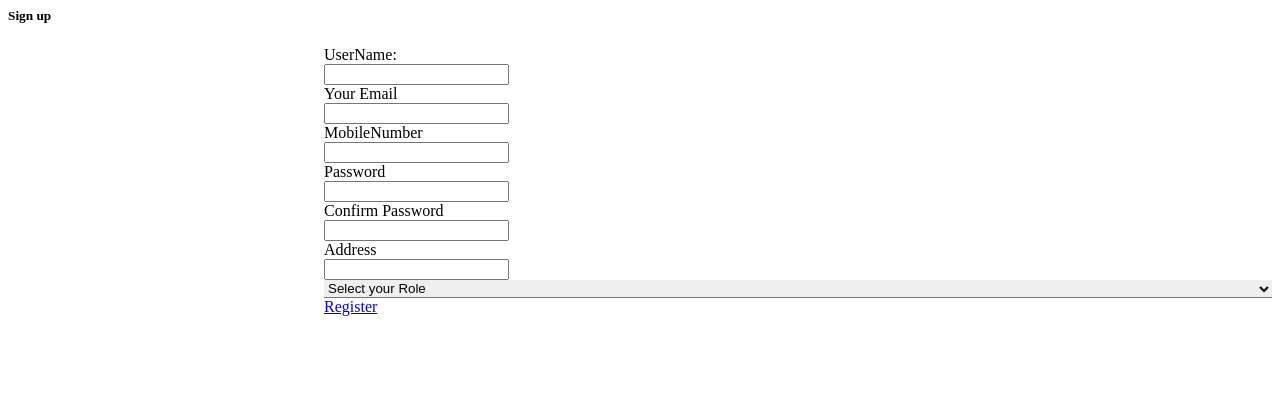
Repository: SUPRIGA/SecondProject
Page: CollaborationFrontEnd/src/main/webapp/user/register.html
The author's editor kept a copy of each file at every save. The page is drawn from the files as they stood at one save, then again after the next save.
The browser window is 1280 px wide. The pictures show the whole page.

Above is the page before, as saved 2017-01-16 08:54:41.

### CollaborationFrontEnd/src/main/webapp/user/register.html

	<!--
			<form ng-submit="ctrl.submit()" method="post" style="margin-left: 25%;" name="myForm">
			<h2 style="margin-bottom: 0em;">Register Here</h2>
			<section class="content bgcolor-1" style="margin-top: -3em;">
					<span class="input input--nao" style="margin-top: 0em;">
					<input class="input__field input__field--nao" type="text" id="userName" name="userName" ng-model="ctrl.user.userName" />
					<label class="input__label input__label--nao" for="userName">
						<span class="input__label-content input__label-content--nao">Username</span>
					</label>
					<svg class="graphic graphic--nao" width="300%" height="100%" viewBox="0 0 1200 60" preserveAspectRatio="none">
						<path d="M0,56.5c0,0,298.666,0,399.333,0C448.336,56.5,513.994,46,597,46c77.327,0,135,10.5,200.999,10.5c95.996,0,402.001,0,402.001,0"/>
					</svg>
				</span><br>

					<span class="input input--nao" style="margin-top: -1em;">
					<input class="input__field input__field--nao " type="password" id="passWord" name="passWord" ng-model="ctrl.user.passWord" required  ng-minlength="8"/>
					<label class="input__label input__label--nao" for="passWord">
						<span class="input__label-content input__label-content--nao password">Password</span>
					</label>
					<svg class="graphic graphic--nao" width="300%" height="100%" viewBox="0 0 1200 60" preserveAspectRatio="none">
						<path d="M0,56.5c0,0,298.666,0,399.333,0C448.336,56.5,513.994,46,597,46c77.327,0,135,10.5,200.999,10.5c95.996,0,402.001,0,402.001,0"/>
					</svg>
				</span><br>
					<span class="input input--nao " style="margin-top: -1em;">
					<input class="input__field input__field--nao" type="password" id="confirmPass" name="confirmPass" ng-model="ctrl.user.confirmPass" onkeyup="checkPass(); return false;"/>
					<label class="input__label input__label--nao" for="confirmPass">
						<span class="input__label-content input__label-content--nao">Confirm Password</span>
					</label>
					<svg class="graphic graphic--nao" width="300%" height="100%" viewBox="0 0 1200 60" preserveAspectRatio="none">
						<path d="M0,56.5c0,0,298.666,0,399.333,0C448.336,56.5,513.994,46,597,46c77.327,0,135,10.5,200.999,10.5c95.996,0,402.001,0,402.001,0"/>
					</svg>
				</span><span id="confirmMessage" class="confirmMessage"></span><br>
				<span class="input input--nao" style="margin-top: -1em;">
					<input class="input__field input__field--nao" type="email" id="emailId" name="emailId" ng-model="ctrl.user.emailId"/>
					<label class="input__label input__label--nao" for="emailId">
						<span class="input__label-content input__label-content--nao">Email</span>
					</label>
					<svg class="graphic graphic--nao" width="300%" height="100%" viewBox="0 0 1200 60" preserveAspectRatio="none">
						<path d="M0,56.5c0,0,298.666,0,399.333,0C448.336,56.5,513.994,46,597,46c77.327,0,135,10.5,200.999,10.5c95.996,0,402.001,0,402.001,0"/>
					</svg>
				</span><br>
				<span class="input input--nao" style="margin-top: -1em;">
					<input class="input__field input__field--nao" type="text" id="phoneNo" name="phoneNo" ng-model="ctrl.user.phoneNo"/>
					<label class="input__label input__label--nao" for="phoneNo">
						<span class="input__label-content input__label-content--nao">Phone Number</span>
					</label>
					<svg class="graphic graphic--nao" width="300%" height="100%" viewBox="0 0 1200 60" preserveAspectRatio="none">
						<path d="M0,56.5c0,0,298.666,0,399.333,0C448.336,56.5,513.994,46,597,46c77.327,0,135,10.5,200.999,10.5c95.996,0,402.001,0,402.001,0"/>
					</svg>
				</span><br>
				<span class="input input--nao" style="margin-top: -1em;">
					<input class="input__field input__field--nao" type="text" id="address" name="address" ng-model="ctrl.user.address"/>
					<label class="input__label input__label--nao" for="address">
						<span class="input__label-content input__label-content--nao">Address</span>
					</label>
					<svg class="graphic graphic--nao" width="300%" height="100%" viewBox="0 0 1200 60" preserveAspectRatio="none">
						<path d="M0,56.5c0,0,298.666,0,399.333,0C448.336,56.5,513.994,46,597,46c77.327,0,135,10.5,200.999,10.5c95.996,0,402.001,0,402.001,0"/>
					</svg>
				</span><br>
					<span class="input input--nao" style="margin-top: -1em;">
					<input class="input__field input__field--nao" type="text" id="zipCode" name="zipCode" ng-model="ctrl.user.zipCode"/>
					<label class="input__label input__label--nao" for="zipCode">
						<span class="input__label-content input__label-content--nao">Zip Code</span>
					</label>
					<svg class="graphic graphic--nao" width="300%" height="100%" viewBox="0 0 1200 60" preserveAspectRatio="none">
						<path d="M0,56.5c0,0,298.666,0,399.333,0C448.336,56.5,513.994,46,597,46c77.327,0,135,10.5,200.999,10.5c95.996,0,402.001,0,402.001,0"/>
					</svg>
				</span><br>
				<span class="input input--nao" style="margin-top: 0em;" >
					<select name="role" ng-model="ctrl.user.role" style="outline: none; border-left: none; border-right: none; border-top: none; width: 100%;">
					<option value="">Select your Role</option>
						<option value="student">Student</option>
						<option value="alumini">Alumini</option>
						<option value="employee">Employee</option>
					</select>
				</span><br>
				<div class="row">
				<span class="input input--nao" style="margin-top: -1em; margin-left: 2em;">
				<a href="#login"> Existing User? </a>
				<input type="submit" name="submit" value="Register" class="btn btn-success" style="margin-left: 10em;" ng-disabled="myForm.$invalid">
				  <img ng-if="vm.dataLoading" src="data:[embedded picture, 922 characters]" />
				</span>

				</div>
			</section>




	</form> -->

			<!-- /container -->
		 <script src="js/classie.js"></script>
		<script>
			(function() {
				// trim polyfill : https://developer.mozilla.org/en-US/docs/Web/JavaScript/Reference/Global_Objects/String/Trim
				if (!String.prototype.trim) {
					(function() {
						// Make sure we trim BOM and NBSP
						var rtrim = /^[\s\uFEFF\xA0]+|[\s\uFEFF\xA0]+$/g;
						String.prototype.trim = function() {
							return this.replace(rtrim, '');
						};
					})();
				}

				[].slice.call( document.querySelectorAll( 'input.input__field' ) ).forEach( function( inputEl ) {
					// in case the input is already filled..
					if( inputEl.value.trim() !== '' ) {
						classie.add( inputEl.parentNode, 'input--filled' );
					}

					// events:
					inputEl.addEventListener( 'focus', onInputFocus );
					inputEl.addEventListener( 'blur', onInputBlur );
				} );

				function onInputFocus( ev ) {
					classie.add( ev.target.parentNode, 'input--filled' );
				}

				function onInputBlur( ev ) {
					if( ev.target.value.trim() === '' ) {
						classie.remove( ev.target.parentNode, 'input--filled' );
					}
				}
			})();
		</script>




		<div class="container">

			<div class="row main">
				<div class="main-login main-center">
				<h5>Sign up</h5>
					 <form ng-submit="ctrl.submit()" method="post" style="margin-left: 25%;" name="myForm">

						<div class="form-group">
							<label for="userName" class="cols-sm-2 control-label">UserName:</label>
							<div class="cols-sm-10">
								<div class="input-group">
									<span class="input-group-addon"><i class="fa fa-user fa" aria-hidden="true"></i></span>
									<input type="text" class="form-control" type="text" id="userName" name="userName" ng-model="ctrl.user.userName" for="userName"/>
								</div>
							</div>
						</div>

						<div class="form-group">
							<label for="email" class="cols-sm-2 control-label">Your Email</label>
							<div class="cols-sm-10">
								<div class="input-group">
									<span class="input-group-addon"><i class="fa fa-envelope fa" aria-hidden="true"></i></span>
									<input type="text" class="form-control" type="email" for="emailId" id="emailId" name="emailId" ng-model="ctrl.user.emailId"/>
								</div>
							</div>
						</div>

						<div class="form-group">
							<label for="username" class="cols-sm-2 control-label">MobileNumber</label>
							<div class="cols-sm-10">
								<div class="input-group">
									<span class="input-group-addon"><i class="fa fa-users fa" aria-hidden="true"></i></span>
									<input type="text" class="form-control"type="text" id="phoneNo" for="phoneNo"  name="phoneNo" ng-model="ctrl.user.phoneNo"/>
								</div>
							</div>
						</div>

						<div class="form-group">
							<label for="password" class="cols-sm-2 control-label">Password</label>
							<div class="cols-sm-10">
								<div class="input-group">
									<span class="input-group-addon"><i class="fa fa-lock fa-lg" aria-hidden="true"></i></span>
									<input type="password" class="form-control" type="password" for="passWord"  id="passWord" name="passWord" ng-model="ctrl.user.passWord" required  ng-minlength="8"/>
								</div>
							</div>
						</div>

						<div class="form-group">
							<label for="confirm" class="cols-sm-2 control-label">Confirm Password</label>
							<div class="cols-sm-10">
								<div class="input-group">
									<span class="input-group-addon"><i class="fa fa-lock fa-lg" aria-hidden="true"></i></span>
									<input type="password" class="form-control"type="password" id="confirmPass" name="confirmPass" for="confirmPass" ng-model="ctrl.user.confirmPass" onkeyup="checkPass(); return false;"/>
								</div>
							</div>
						</div>

                     <div class="form-group">
							<label for="confirm" class="cols-sm-2 control-label">Address</label>
							<div class="cols-sm-10">
								<div class="input-group">
									<span class="input-group-addon"><i class="fa fa-lock fa-lg" aria-hidden="true"></i></span>
									<input type="password" class="form-control"type="text" for="address" id="address" name="address" ng-model="ctrl.user.address"/>
								</div>
							</div>
						</div>


               <div class="form-group">
                  <span class="input input--nao" style="margin-top: 0em;" >
					<select name="role" ng-model="ctrl.user.role" style="outline: none; border-left: none; border-right: none; border-top: none; width: 100%;">
					<option value="">Select your Role</option>
						<option value="student">Student</option>
						<option value="alumini">Alumini</option>
						<option value="employee">Employee</option>
					</select>
				</span><br>
				</div>
						<div class="form-group ">
							<a href="http://deepak646.blogspot.in" target="_blank" type="button" id="button" class="btn btn-primary btn-lg btn-block login-button">Register</a>
						</div>

					</form>
				</div>
			</div>
		</div>

		 <!-- jQuery (necessary for Bootstrap's JavaScript plugins) -->

### CollaborationFrontEnd/src/main/webapp/js/classie.js
/*!
 * classie - class helper functions
 * from bonzo https://github.com/ded/bonzo
 *
 * classie.has( elem, 'my-class' ) -> true/false
 * classie.add( elem, 'my-new-class' )
 * classie.remove( elem, 'my-unwanted-class' )
 * classie.toggle( elem, 'my-class' )
 */

/*jshint browser: true, strict: true, undef: true */
/*global define: false */

( function( window ) {

'use strict';

// class helper functions from bonzo https://github.com/ded/bonzo

function classReg( className ) {
  return new RegExp("(^|\\s+)" + className + "(\\s+|$)");
}

// classList support for class management
// altho to be fair, the api sucks because it won't accept multiple classes at once
var hasClass, addClass, removeClass;

if ( 'classList' in document.documentElement ) {
  hasClass = function( elem, c ) {
    return elem.classList.contains( c );
  };
  addClass = function( elem, c ) {
    elem.classList.add( c );
  };
  removeClass = function( elem, c ) {
    elem.classList.remove( c );
  };
}
else {
  hasClass = function( elem, c ) {
    return classReg( c ).test( elem.className );
  };
  addClass = function( elem, c ) {
    if ( !hasClass( elem, c ) ) {
      elem.className = elem.className + ' ' + c;
    }
  };
  removeClass = function( elem, c ) {
    elem.className = elem.className.replace( classReg( c ), ' ' );
  };
}

function toggleClass( elem, c ) {
  var fn = hasClass( elem, c ) ? removeClass : addClass;
  fn( elem, c );
}

var classie = {
  // full names
  hasClass: hasClass,
  addClass: addClass,
  removeClass: removeClass,
  toggleClass: toggleClass,
  // short names
  has: hasClass,
  add: addClass,
  remove: removeClass,
  toggle: toggleClass
};

// transport
if ( typeof define === 'function' && define.amd ) {
  // AMD
  define( classie );
} else {
  // browser global
  window.classie = classie;
}

})( window );

After the next save:
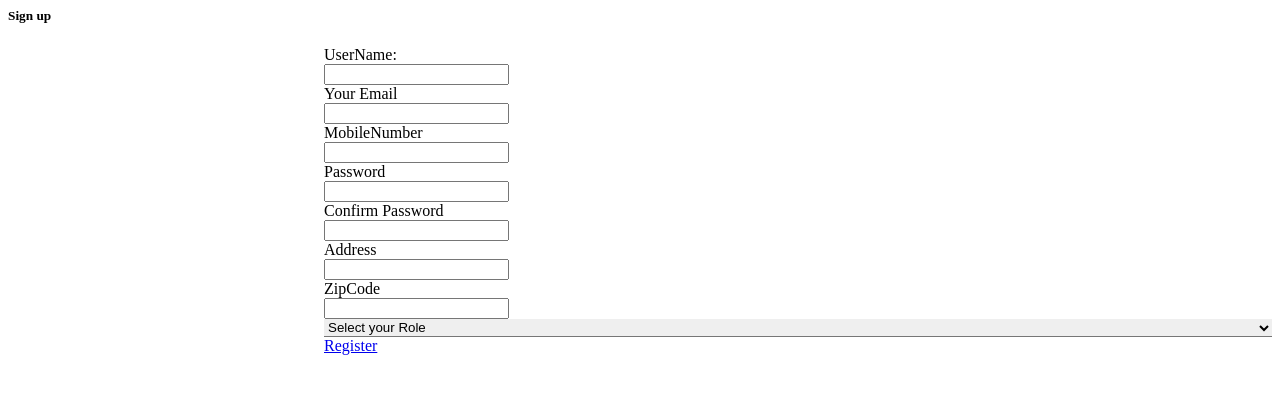
Saved 98 s later.
--- a/CollaborationFrontEnd/src/main/webapp/user/register.html
+++ b/CollaborationFrontEnd/src/main/webapp/user/register.html
@@ -198,6 +198,16 @@
 							</div>
 						</div>
 
+						<div class="form-group">
+							<label for="confirm" class="cols-sm-2 control-label">ZipCode</label>
+							<div class="cols-sm-10">
+								<div class="input-group">
+									<span class="input-group-addon"><i class="fa fa-lock fa-lg" aria-hidden="true"></i></span>
+									<input type="password" class="form-control" for="zipCode" type="text" id="zipCode" name="zipCode" ng-model="ctrl.user.zipCode"/>
+								</div>
+							</div>
+						</div>
+
 
                <div class="form-group">
                   <span class="input input--nao" style="margin-top: 0em;" >
